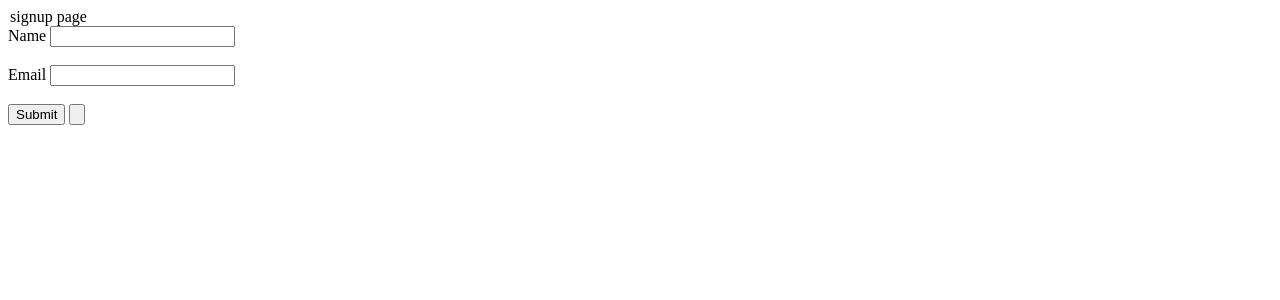
Repository: Altafalinadaf/SimpleProjects
Page: servletDemo6/src/main/webapp/index.html
These files come from the project's save history. The page is drawn as it stood at one moment and after the next save; the edit follows.
The browser window is 1280 px wide. The pictures show the whole page.

Above is the page before, as saved 2023-10-31 05:28:26.

### servletDemo6/src/main/webapp/index.html
<!DOCTYPE html>
<html>

<head>
	<meta charset="ISO-8859-1">
	<title>Insert title here</title>
</head>

<body>

	<form action="myForm" method="post">
		<field set>
			<legend> signup page </legend>
			<label for="user name">Name</label>
			<input type="text" name="name" id="user name" /> <br /> <br />
			<label for="email id">Email</label>
			<input type="text" name="email" id="email id" /> <br /> <br />

			<input type="submit" value="Submit" />
			<input type="reset" value="" />

		</field set>

	</form>


</body>

</html>

After the next save:
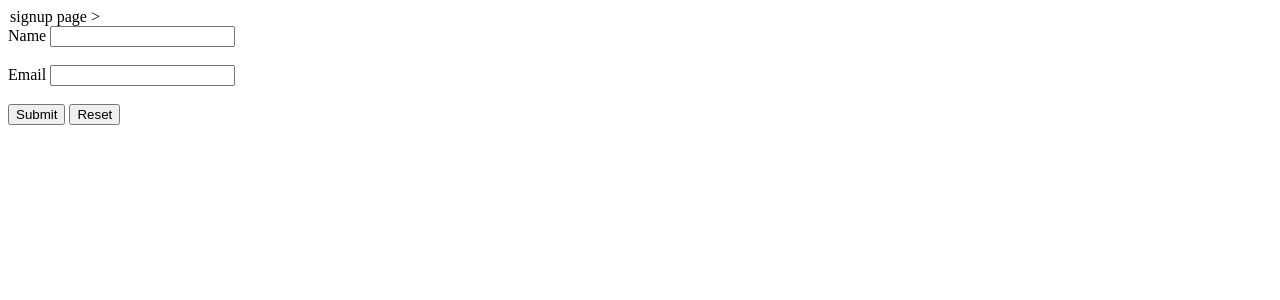
Saved 107 s later.
--- a/servletDemo6/src/main/webapp/index.html
+++ b/servletDemo6/src/main/webapp/index.html
@@ -10,14 +10,14 @@
 
 	<form action="myForm" method="post">
 		<field set>
-			<legend> signup page </legend>
+			<legend> signup page ></legend>
 			<label for="user name">Name</label>
 			<input type="text" name="name" id="user name" /> <br /> <br />
 			<label for="email id">Email</label>
 			<input type="text" name="email" id="email id" /> <br /> <br />
 
 			<input type="submit" value="Submit" />
-			<input type="reset" value="" />
+			<input type="reset" value="Reset" />
 
 		</field set>
 
